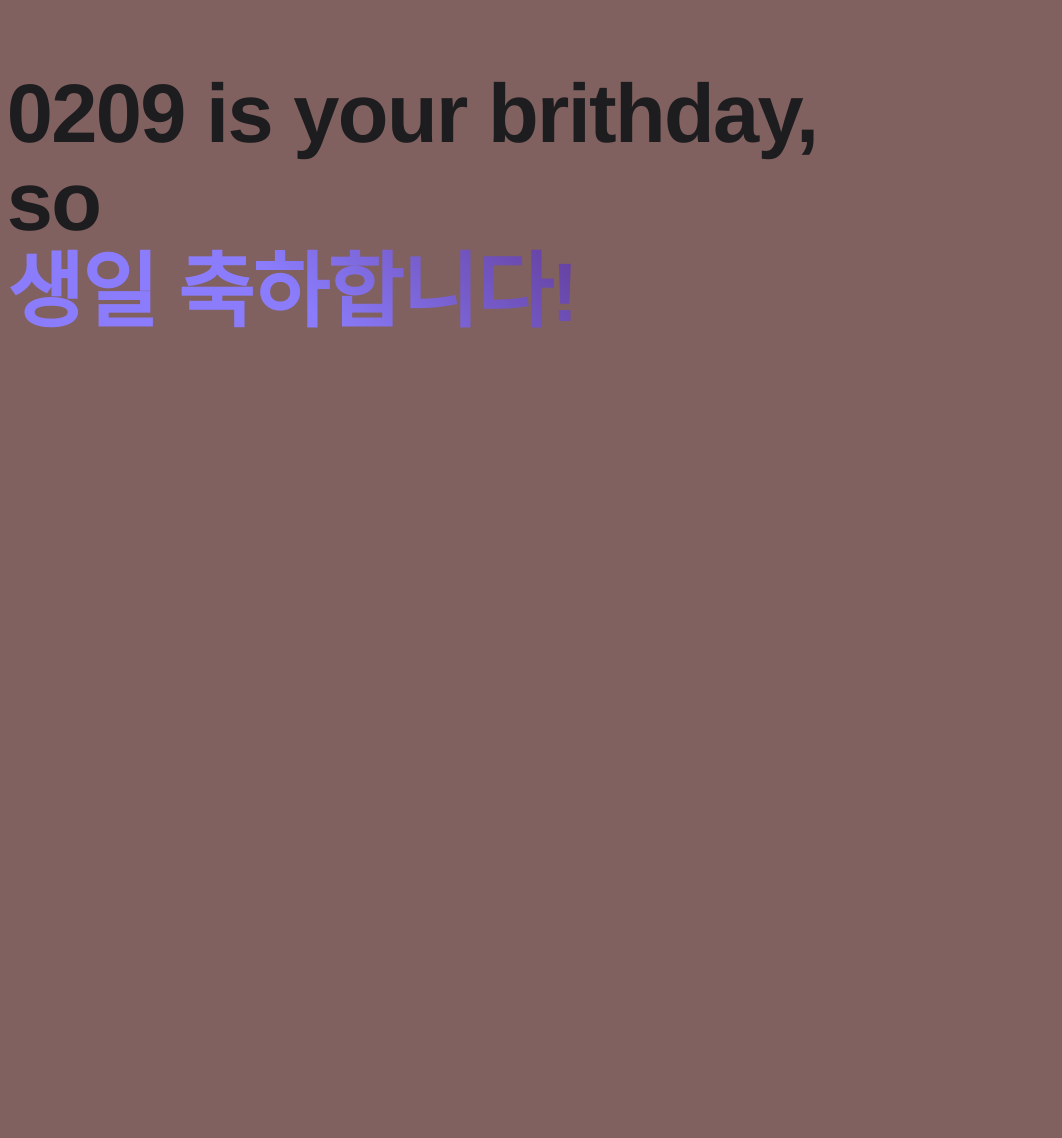
Repository: Caococos/02-09
Page: /
These files come from the project's save history. The page is drawn as it stood at one moment and after the next save; the edit follows.
The browser window is 1280 px wide. The pictures show the whole page, at 83% of full size.
The project was rebuilt for these pictures with package versions that can differ from the ones it lists, and the page was loaded fresh each time. Also part of the build but not shown: vue.config.js.

Above is the page before, as saved 2021-06-11 22:41:49.

### src/main.js
/*
 * @Descripttion:
 * @version: 1.0
 * @Author: Zhihaot1
 * @Date: 2021-06-11 21:03:51
 * @LastEditors: Zhihaot1
 * @LastEditTime: 2021-06-11 22:08:57
 */
import Vue from 'vue'
import App from './App.vue'
import router from './router'

Vue.config.productionTip = false
import "assets/css/index.css";
new Vue({
  router,
  render: h => h(App)
}).$mount('#app')

### src/App.vue
<!--
 * @Descripttion:
 * @version: 1.0
 * @Author: Zhihaot1
 * @Date: 2021-06-11 21:03:51
 * @LastEditors: Zhihaot1
 * @LastEditTime: 2021-06-11 21:30:25
-->
<template>
  <div id="app">
    <router-view />
  </div>
</template>

<style>
</style>

### src/router/index.js
/*
 * @Descripttion:
 * @version: 1.0
 * @Author: Zhihaot1
 * @Date: 2021-06-11 21:03:51
 * @LastEditors: Zhihaot1
 * @LastEditTime: 2021-06-11 21:34:08
 */
import Vue from 'vue'
import VueRouter from 'vue-router'
import Home from 'views/home/Home.vue'

Vue.use(VueRouter)

const routes = [
  {
    path: '',
    redirect: '/home'
  },
  {
    path: '/home',
    name: 'Home',
    component: Home
  },
  // {
  //   path: '/about',
  //   name: 'About',
  //   // route level code-splitting
  //   // this generates a separate chunk (about.[hash].js) for this route
  //   // which is lazy-loaded when the route is visited.
  //   component: () => import(/* webpackChunkName: "about" */ '../views/About.vue')
  // }
]

const router = new VueRouter({
  mode: 'history',
  base: process.env.BASE_URL,
  routes
})

export default router

### src/assets/css/index.css
:root {
  --offset: 6px;
}

body {
  height: 100vw;
  background-color: rgb(129, 96, 96);
}

### src/views/home/Home.vue
<template>
  <div class='home'>
    <font-swiper></font-swiper>
  </div>
</template>

<script>
import FontSwiper from 'views/home/childComps/FontSwiper';
export default {
  name: 'home',
  data() {
    return {

    }
  },
  components: {
    FontSwiper
  }
}
</script>

<style scoped>
</style>

### src/views/home/childComps/FontSwiper.vue
<!--
 * @Descripttion:
 * @version: 1.0
 * @Author: Zhihaot1
 * @Date: 2021-06-11 22:34:44
 * @LastEditors: Zhihaot1
 * @LastEditTime: 2021-06-11 22:35:27
-->
<template>
  <div class="font-swiper">
    <h2>0209 is your brithday, so
      <div class="mask">
        <span data-show>Happy birthday!</span>
        <span>С днем рождения!</span>
        <span>생일 축하합니다!</span>
        <span>誕生日おめでと!</span>
      </div>
    </h2>
  </div>
</template>

<script>

export default {
  name: 'FontSwiper',
  mounted() {
    this.move()
  },
  methods: {
    move() {
      setInterval(function () {
        const show = document.querySelector('span[data-show]')
        const next = show.nextElementSibling || document.querySelector('span:first-child')
        const up = document.querySelector('span[data-up]')

        if (up) {
          up.removeAttribute('data-up')
        }
        show.removeAttribute('data-show')
        show.setAttribute('data-up', '')

        next.setAttribute('data-show', '')
      }, 2000)
    }
  }
}
</script>
<style scoped>
h2 {
  width: 980px;
  font-size: 100px;
  font-family: Helvetica;
  line-height: 1.06;
  letter-spacing: -0.02em;
  color: #1d1d1f;
}

.mask {
  margin-top: var(--offset);
  height: 106px;
  position: relative;
  overflow: hidden;
}

.mask span {
  display: block;
  padding: var(--offset) 0;
  margin-top: 10px;
  box-sizing: border-box;
  position: absolute;
  top: 100px;

  background-size: 100% 100%;
  -webkit-background-clip: text;
  background-clip: text;
  -webkit-text-fill-color: transparent;
  background-repeat: no-repeat;
}

.mask span[data-show] {
  transform: translateY(-100%);
  transition: 0.5s transform ease-in-out;
}

.mask span[data-up] {
  transform: translateY(-200%);
  transition: 0.5s transform ease-in-out;
}

.mask span:nth-child(1) {
  background-image: linear-gradient(45deg, #0ecffe 50%, #07a6f1);
}

.mask span:nth-child(2) {
  background-image: linear-gradient(45deg, #18e198 50%, #0ec15d);
}

.mask span:nth-child(3) {
  background-image: linear-gradient(45deg, #8a7cfb 50%, #633e9c);
}

.mask span:nth-child(4) {
  background-image: linear-gradient(45deg, #fa7671 50%, #f45f7f);
}
</style>

Loaded but not shown: public/index.html (common file)

After the next save:
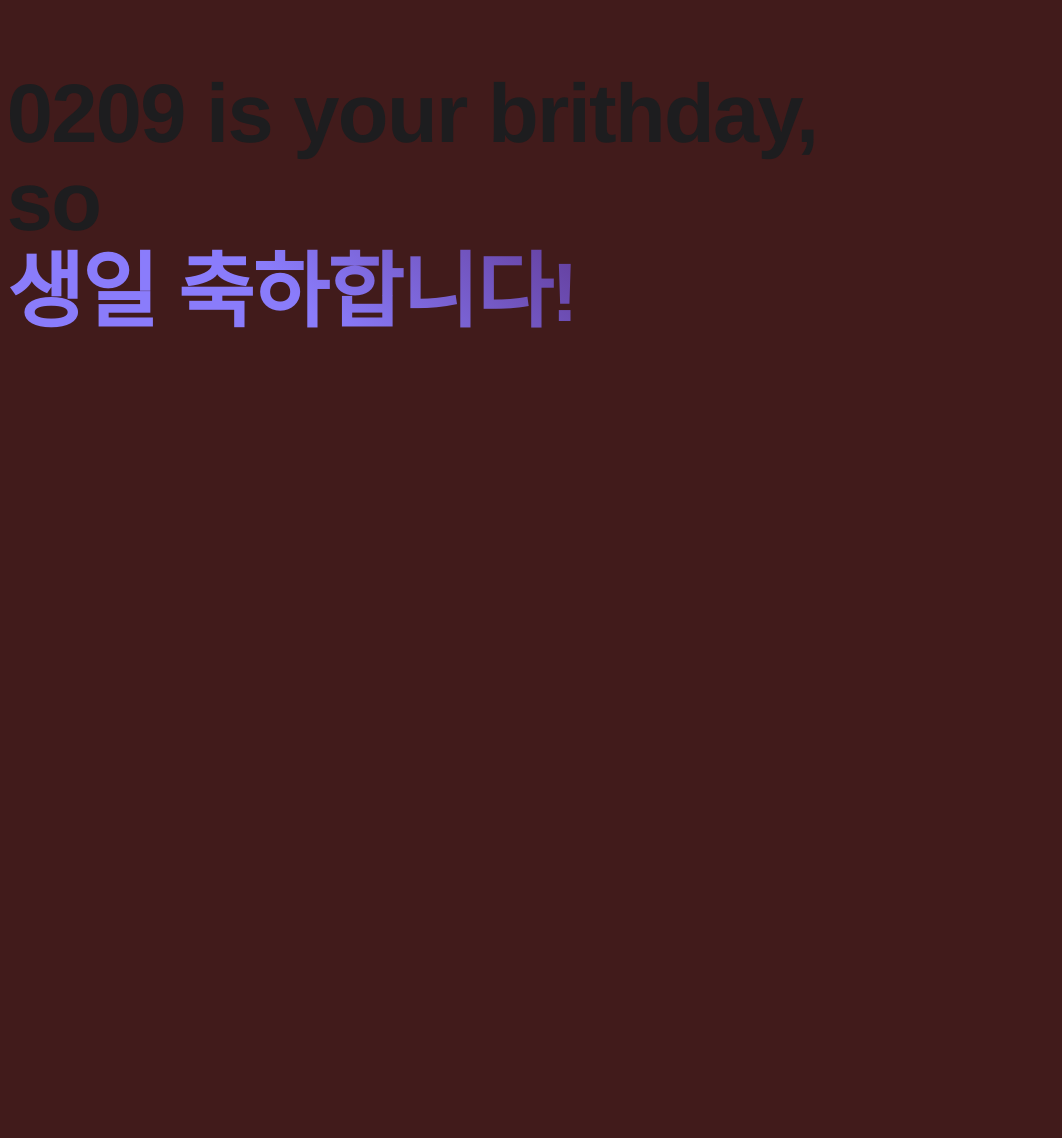
Saved 5 s later.
--- a/src/assets/css/index.css
+++ b/src/assets/css/index.css
@@ -4,5 +4,5 @@
 
 body {
   height: 100vw;
-  background-color: rgb(129, 96, 96);
+  background-color: rgb(65, 27, 27);
 }
